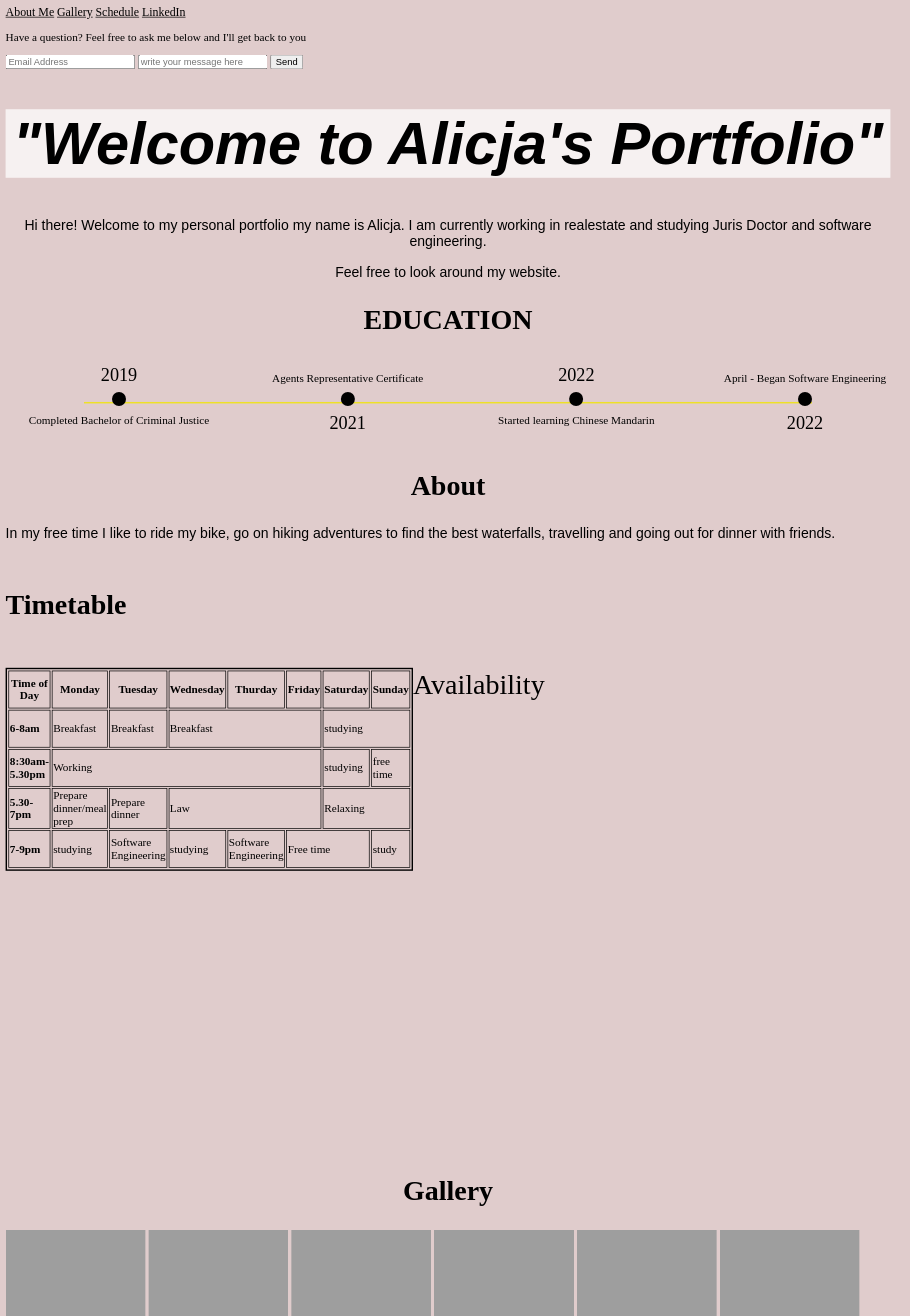
Repository: alicjasapieja/example-repository
Page: my-first-website/index.html
The author's editor kept a copy of each file at every save. The page is drawn from the files as they stood at one save, then again after the next save.
The browser window is 1280 px wide. The page is 1300 px wide, so the pictures cover 1300 px, including what lies to the right of the window. The pictures show the part of the page from y = 0 to 1880 px (the page is 2543 px tall), at 70% of full size.
Pictures or frames that could not be fetched are drawn as grey boxes.

Above is the page before, as saved 2022-05-15 11:54:42.

After the next save:
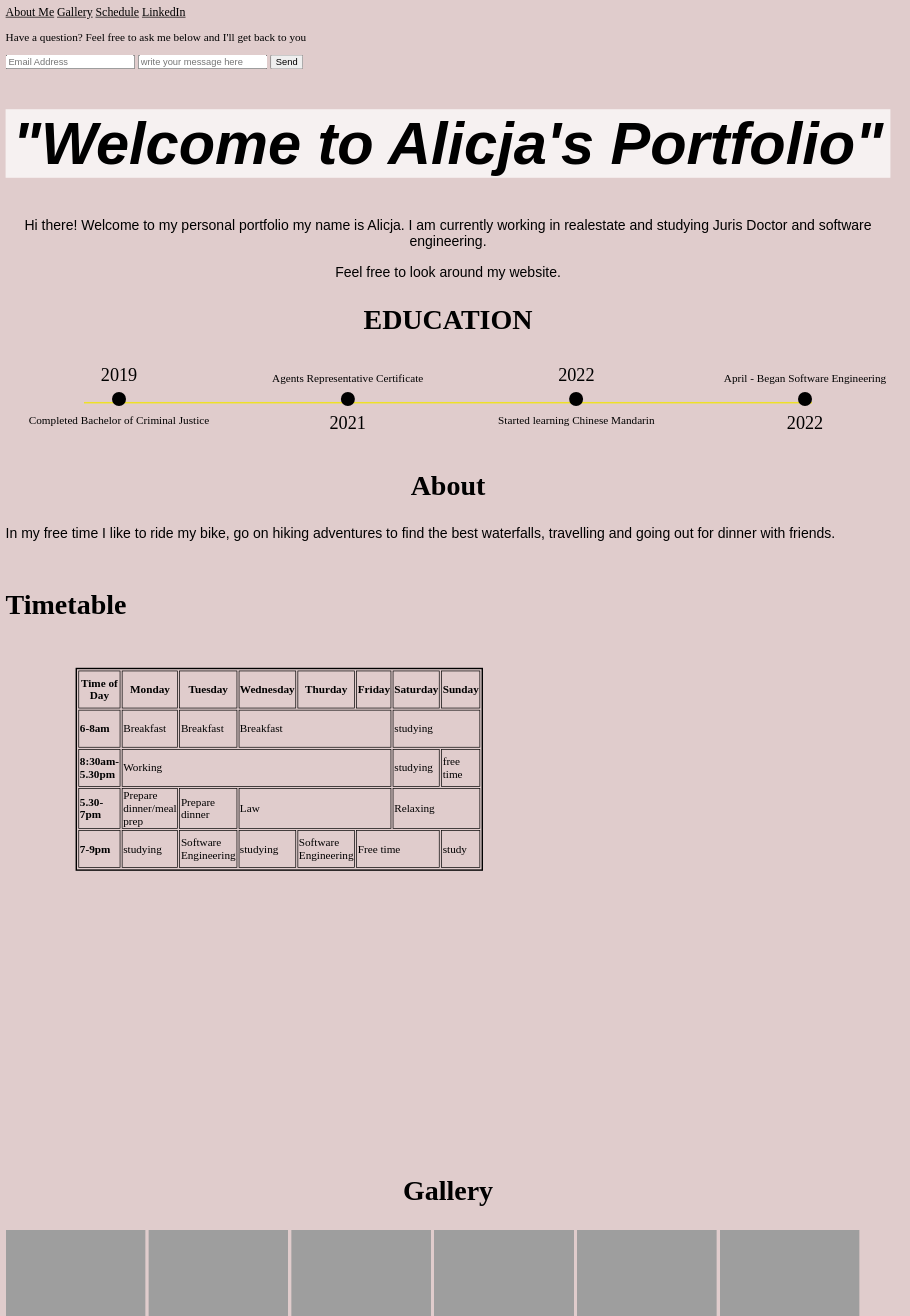
Saved 29 s later.
--- a/my-first-website/index.html
+++ b/my-first-website/index.html
@@ -52,6 +52,9 @@
             <p>In my free time I like to ride my bike, go on hiking adventures to find the best waterfalls, travelling and going out for dinner with friends.</p>
 
           <style>
+
+<h8>Availability</h8>
+
 table {
 
   margin-left: auto;
@@ -104,7 +107,7 @@ table {
             </tr>
         </table>
 
-        <h8>Availability</h8>
+
 
     <div id="gallery">
         <h2>Gallery</h2>
